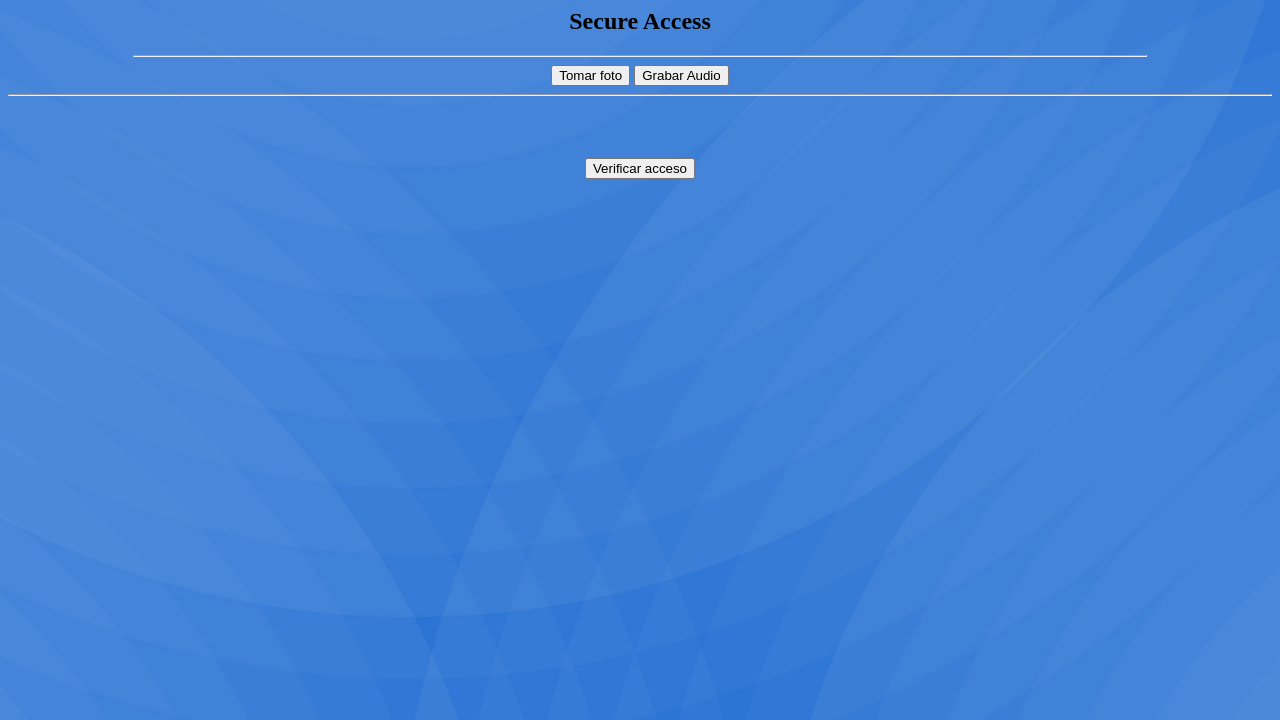
Repository: dabarreiroh/SECURE-ACCESS
Page: accessecure/templates/home/index.html
The author's editor kept a copy of each file at every save. The page is drawn from the files as they stood at one save, then again after the next save.
The browser window is 1280 px wide. The pictures show the whole page.

Above is the page before, as saved 2020-03-16 22:57:44.

After the next save:
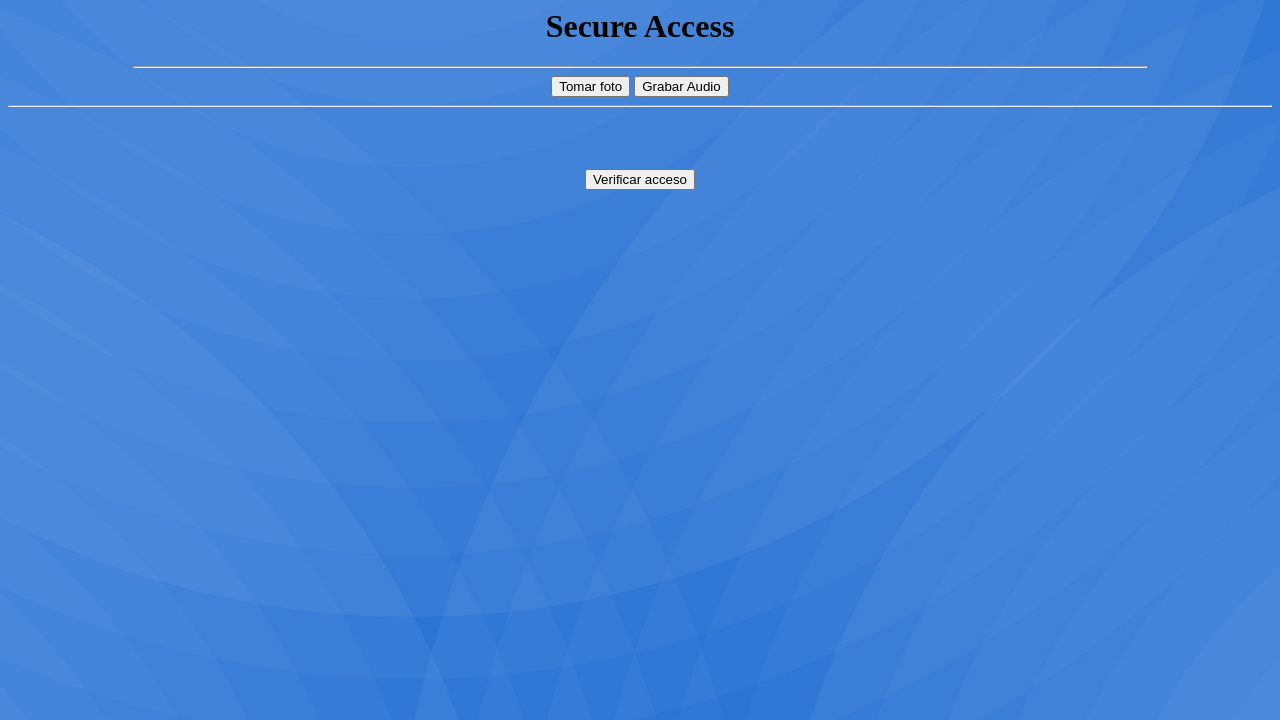
Saved 2 min 1 s later.
--- a/accessecure/templates/home/index.html
+++ b/accessecure/templates/home/index.html
@@ -4,7 +4,7 @@
     </head>
 <body>
 
-<h2>Secure Access</h2>
+<h1>Secure Access</h1>
 <HR width="80%">
         <input type="button" value="Tomar foto" onClick="window.location.href='photo'">
         <input type="button" value="Grabar Audio" onClick="window.location.href='audio'">
